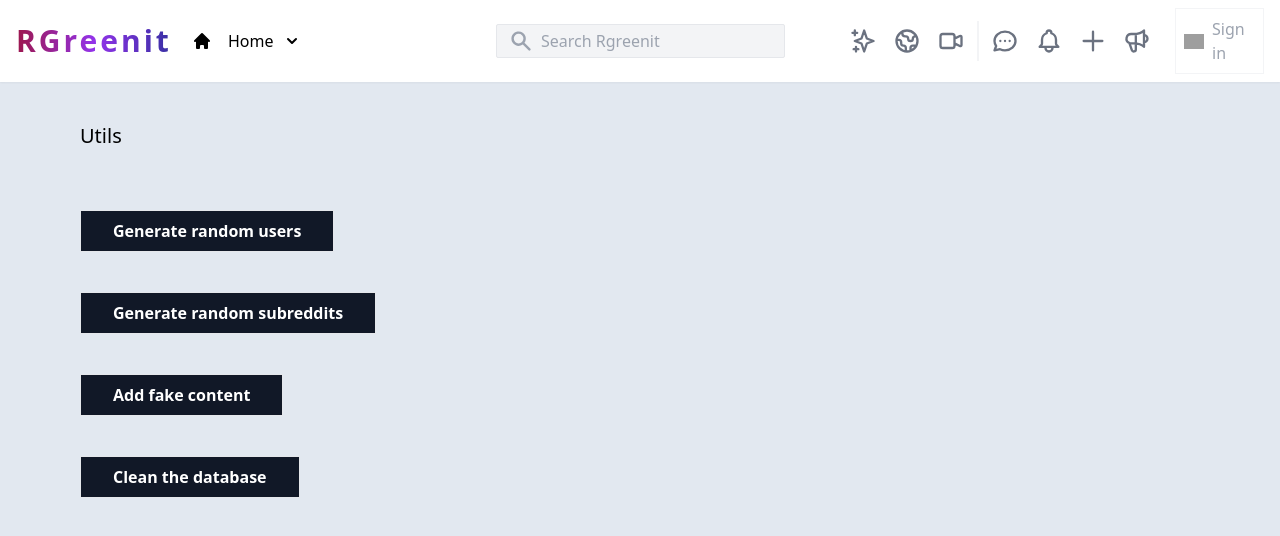
Repository: ITDevSolution/RGreen-it
Page: /utils
These files come from the project's save history. The page is drawn as it stood at one moment and after the next save; the edit follows.
The browser window is 1280 px wide. The pictures show the whole page.
Pictures or frames that could not be fetched are drawn as grey boxes. The page's requests for data from a server got no answer. The project was rebuilt for these pictures with package versions that can differ from the ones it lists, and the page was loaded fresh each time. The framework's server and built-in components were replaced by stand-ins that run in the browser. No one was signed in, and anything a server would have sent is missing. Also part of the build but not shown: next.config.js.

Above is the page before, as saved 2022-07-08 12:38:36.

After the next save:
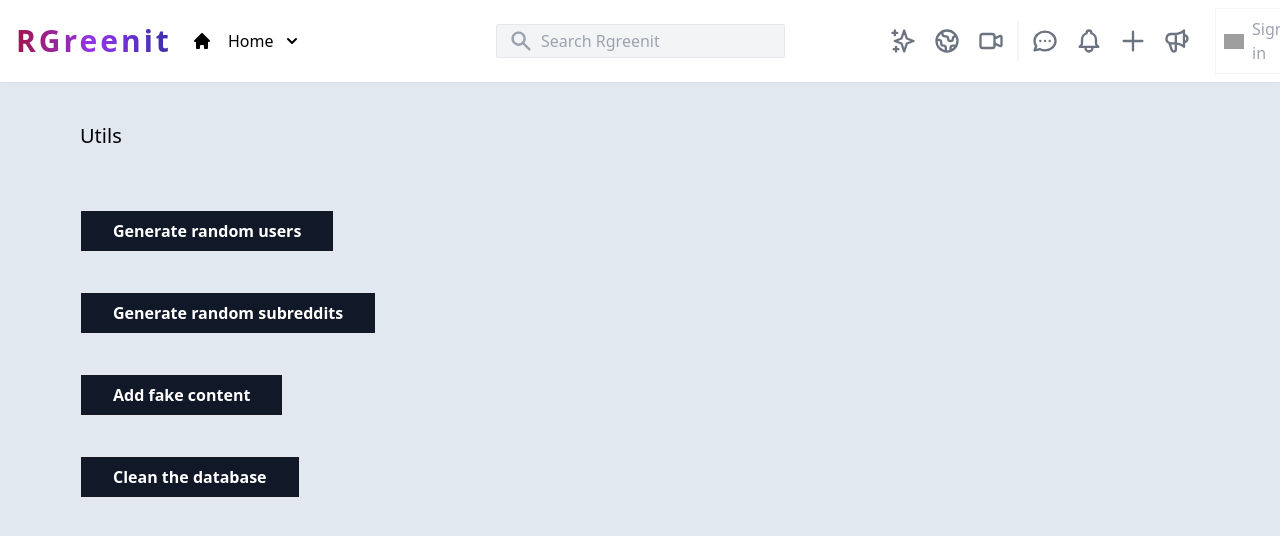
Saved 9 s later.
--- a/components/Header.js
+++ b/components/Header.js
@@ -46,7 +46,7 @@ function Header() {
       </div>
 
       {/* Search box */}
-      <form className="hidden md:flex md:flex-1 items-center mr-10 space-x-2 rounded-sm border border-gray-200 bg-gray-100 px-3 py-1 ">
+      <form className="hidden md:flex md:flex-1 items-center mr-20 space-x-2 rounded-sm border border-gray-200 bg-gray-100 px-3 py-1 ">
         <SearchIcon className="h-6 w-6 text-gray-400" />
         <input
           type="text"
